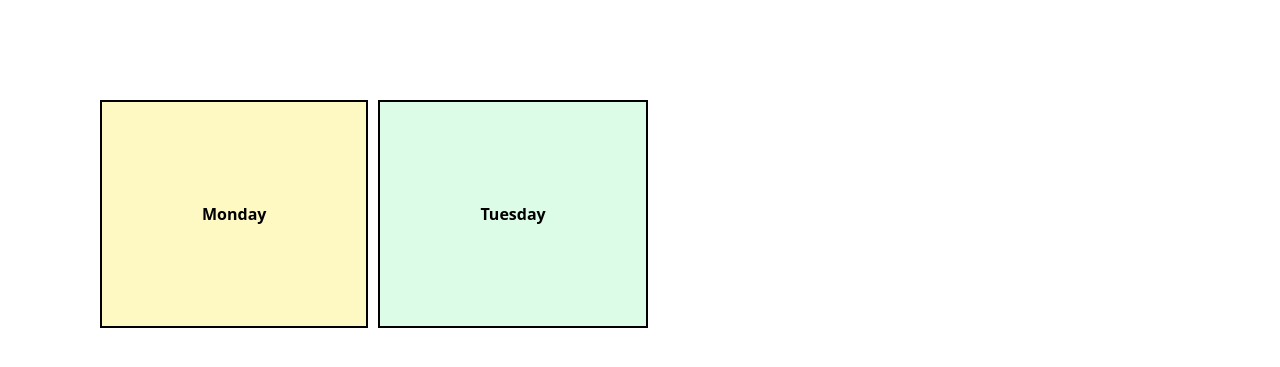
Repository: AfzalHaq61/tailwind-deep
Page: http://localhost/
An editor plug-in stored every save of this project. The page is shown before and after a run of saves, followed by the edit.
The browser window is 1280 px wide. The pictures show the whole page.
The page is served by the project's Laravel application, run on PHP 8.4 with Laravel 9. Other server files are loaded and not shown. Style sheets and scripts are compiled from the project's sources, by tool versions that may differ from the author's.

Above is the page before, as saved 2022-12-24 17:21:43.

### resources/views/welcome.blade.php
<!doctype html>
<html>

<head>
    <meta charset="utf-8">
    <meta name="viewport" content="width=device-width, initial-scale=1.0">
    @vite('resources/css/app.css')
</head>

<body>
    <div class="flex p-[100px]">
        <div class="bg-yellow-100 p-[100px] border-2 border-black mr-[10px]">
            <h1 class="font-bold">Monday</h1>
        </div>
        <div class="bg-green-100 p-[100px] border-2 border-black">
            <h1 class="font-bold">Tuesday</h1>
        </div>
    </div>
</body>

</html>

Loaded but not shown: routes/web.php (common file); resources/css/app.css (common file); tailwind.config.js (common file)

After the next 2 saves:
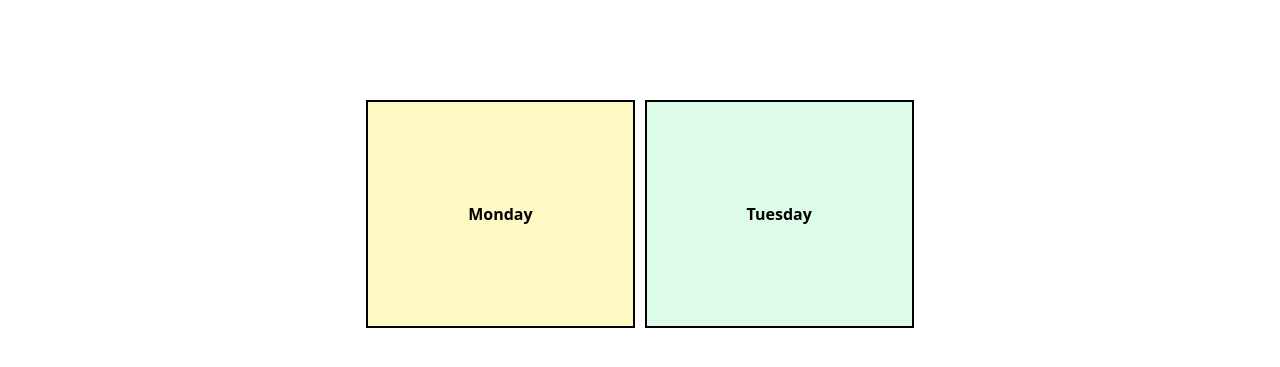
The 2 saves are shown as one change because they came seconds apart.
The last was saved 14 s later.
--- a/resources/views/welcome.blade.php
+++ b/resources/views/welcome.blade.php
@@ -8,7 +8,7 @@
 </head>
 
 <body>
-    <div class="flex p-[100px]">
+    <div class="flex justify-center p-[100px]">
         <div class="bg-yellow-100 p-[100px] border-2 border-black mr-[10px]">
             <h1 class="font-bold">Monday</h1>
         </div>
